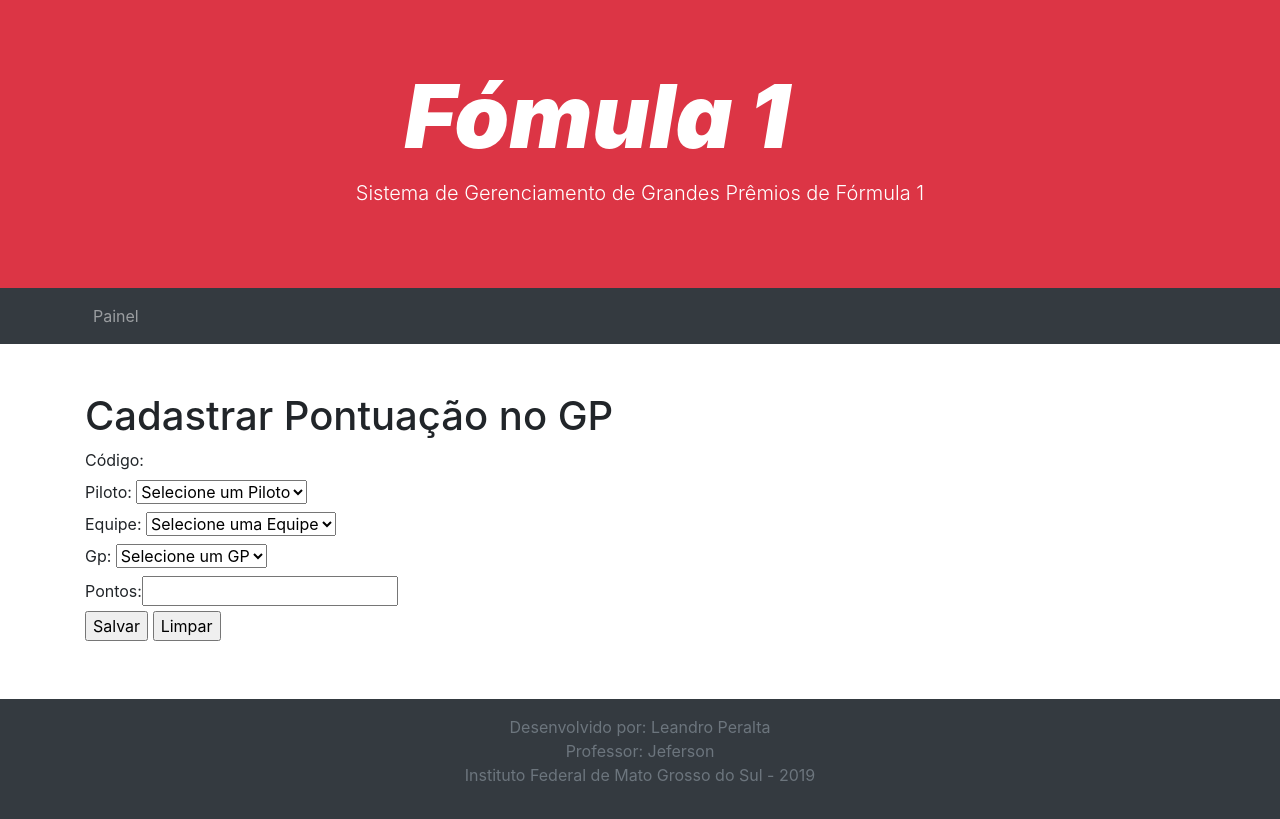
Repository: lperalta13/Formula1_Java
Page: http://localhost/formula1/pontuacao.jsp
These files come from the project's save history. The page is drawn as it stood at one moment and after the next save; the edit follows.
The browser window is 1280 px wide. The pictures show the whole page.
The page is served by Tomcat 9. Other server files are loaded and not shown. The template is opened directly, without the code that normally fills it, so the values that code supplies are empty.

Above is the page before, as saved 2019-12-11 21:49:24.

### formula1/WebContent/pontuacao.jsp
<%@page import="org.apache.jasper.tagplugins.jstl.core.ForEach"%>
<%@ page language="java" contentType="text/html; charset=ISO-8859-1"
	pageEncoding="ISO-8859-1"%>
<%@ page import="java.util.List,br.com.empresa.model.Piloto" %>
<%@ page import="java.util.List,br.com.empresa.model.Equipe" %>
<%@ page import="java.util.List,br.com.empresa.model.Gp" %>
<%@ taglib uri="http://java.sun.com/jsp/jstl/core" prefix="c"%>
<%@ taglib uri="http://java.sun.com/jsp/jstl/fmt" prefix="fmt"%>

<!DOCTYPE html>
<html lang="pt">
<head>
    <meta charset="UTF-8">
    <meta name="viewport" content="width=device-width, initial-scale=1, shrink-to-fit=no">
    <title>Fómula 1</title>
    <!-- Bootstrap core CSS -->
    <link rel="stylesheet" href="https://stackpath.bootstrapcdn.com/bootstrap/4.3.1/css/bootstrap.min.css" integrity="sha384-ggOyR0iXCbMQv3Xipma34MD+dH/1fQ784/j6cY/iJTQUOhcWr7x9JvoRxT2MZw1T" crossorigin="anonymous">
    <link rel="stylesheet" href="css/pro.css">

    <style type="text/css">
        img{
            height: calc(100vh - 463px);
            object-fit: cover;
        }
        .container:nth-of-type(2){
            min-height: calc(100vh - 463px);
            margin-bottom: 50px;
        }
    </style>

</head>
<body class="position-relative">
  <div class="jumbotron jumbotron-fluid mb-0 bg-danger text-white">
    <div class="container text-center">
      <h1 class="display-2 font-italic font-weight-bold"><strong> Fómula 1 </strong><i class="fas fa-tire fa-spin"></i></h1>
      <p class="lead">Sistema de Gerenciamento de Grandes Prêmios de Fórmula 1</p>
    </div>
  </div>
  <nav class="navbar navbar-expand-lg navbar-dark bg-dark">
    <div class="container">
      <div class="collapse navbar-collapse" id="navbarNavDropdown">
        <ul class="navbar-nav mr-auto">
            <li class="nav-item">
              <a class="nav-link" href="dashboard.html">Painel<span class="sr-only">(Página atual)</span></a>
            </li>
        </ul>
      </div>
    </div>
    </nav>
<div class="container">
	<div class="row mt-5">
		<div class="col-md-12">
			<h1>Cadastrar Pontuação no GP</h1>
			<form method="get" action="cadPontuacao">
			<fieldset>

				<label>Código: </label><input type="hidden" name="codigo" />
				<br />
				<label>Piloto:</label>
				<select name="piloto">
					<option value="">Selecione um Piloto</option>
					<c:forEach var="piloto" items="${pilotos}">
						<option value="${piloto.codigo}" >
							${piloto.nome}</option>
					</c:forEach>
				</select>
				<br/>
				<label>Equipe:</label>
				<select name="equipe">
					<option value="">Selecione uma Equipe</option>
					<c:forEach var="equipe" items="${equipes}">
						<option value="${equipe.codigo}" >
							${equipe.descricao}</option>
					</c:forEach>
				</select>
				<br/>
				<label>Gp:</label>
				<select name="gp">
					<option value="">Selecione um GP</option>
					<c:forEach var="gp" items="${gps}">
						<option value="${gp.codigo}" >
							${gp.descricao}</option>
					</c:forEach>
				</select>
				<br/>

				<label>Pontos:</label><input type="text" name="pontos" />
				<br />

				<input type="submit" value="Salvar">
				<input type="reset" value="Limpar">
				<br />
			</fieldset>
		</form>
	</div>
	</div>
	</div>
	<footer class="text-muted text-center bg-dark p-3">
		<div class="container">
			<p>Desenvolvido por: Leandro Peralta
            <br>Professor: Jeferson
            <br>Instituto Federal de Mato Grosso do Sul - 2019</p>
		</div>
	</footer>
	<script src="https://code.jquery.com/jquery-3.3.1.slim.min.js" integrity="sha384-q8i/X+965DzO0rT7abK41JStQIAqVgRVzpbzo5smXKp4YfRvH+8abtTE1Pi6jizo" crossorigin="anonymous"></script>
	<script src="https://cdnjs.cloudflare.com/ajax/libs/popper.js/1.14.3/umd/popper.min.js" integrity="sha384-ZMP7rVo3mIykV+2+9J3UJ46jBk0WLaUAdn689aCwoqbBJiSnjAK/l8WvCWPIPm49" crossorigin="anonymous"></script>
	<script src="https://stackpath.bootstrapcdn.com/bootstrap/4.1.3/js/bootstrap.min.js" integrity="sha384-ChfqqxuZUCnJSK3+MXmPNIyE6ZbWh2IMqE241rYiqJxyMiZ6OW/JmZQ5stwEULTy" crossorigin="anonymous"></script>

</body>
</html>

Loaded but not shown: formula1/WebContent/css/pro.css (library)

After the next save:
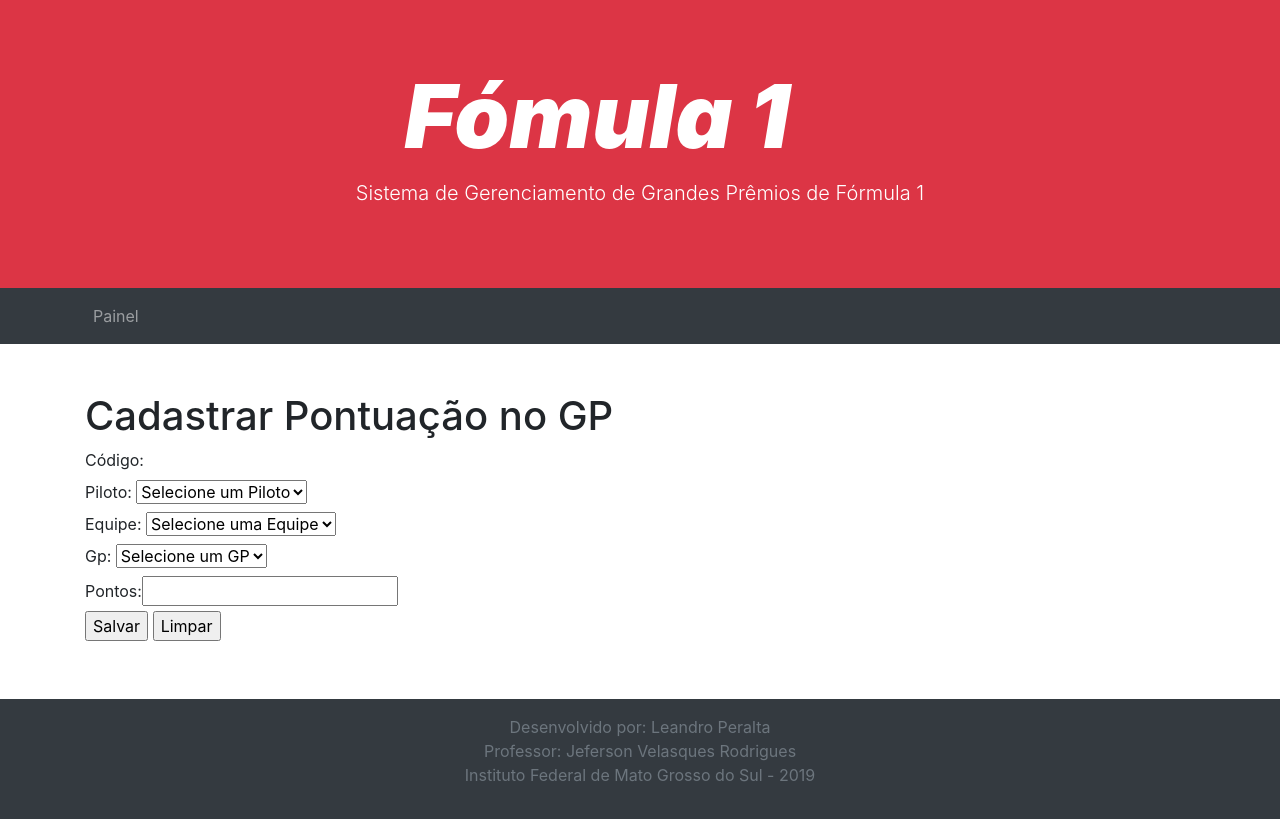
Saved 66 min 11 s later.
--- a/formula1/WebContent/pontuacao.jsp
+++ b/formula1/WebContent/pontuacao.jsp
@@ -98,7 +98,7 @@
 	<footer class="text-muted text-center bg-dark p-3">
 		<div class="container">
 			<p>Desenvolvido por: Leandro Peralta
-            <br>Professor: Jeferson
+            <br>Professor: Jeferson Velasques Rodrigues
             <br>Instituto Federal de Mato Grosso do Sul - 2019</p>
 		</div>
 	</footer>
